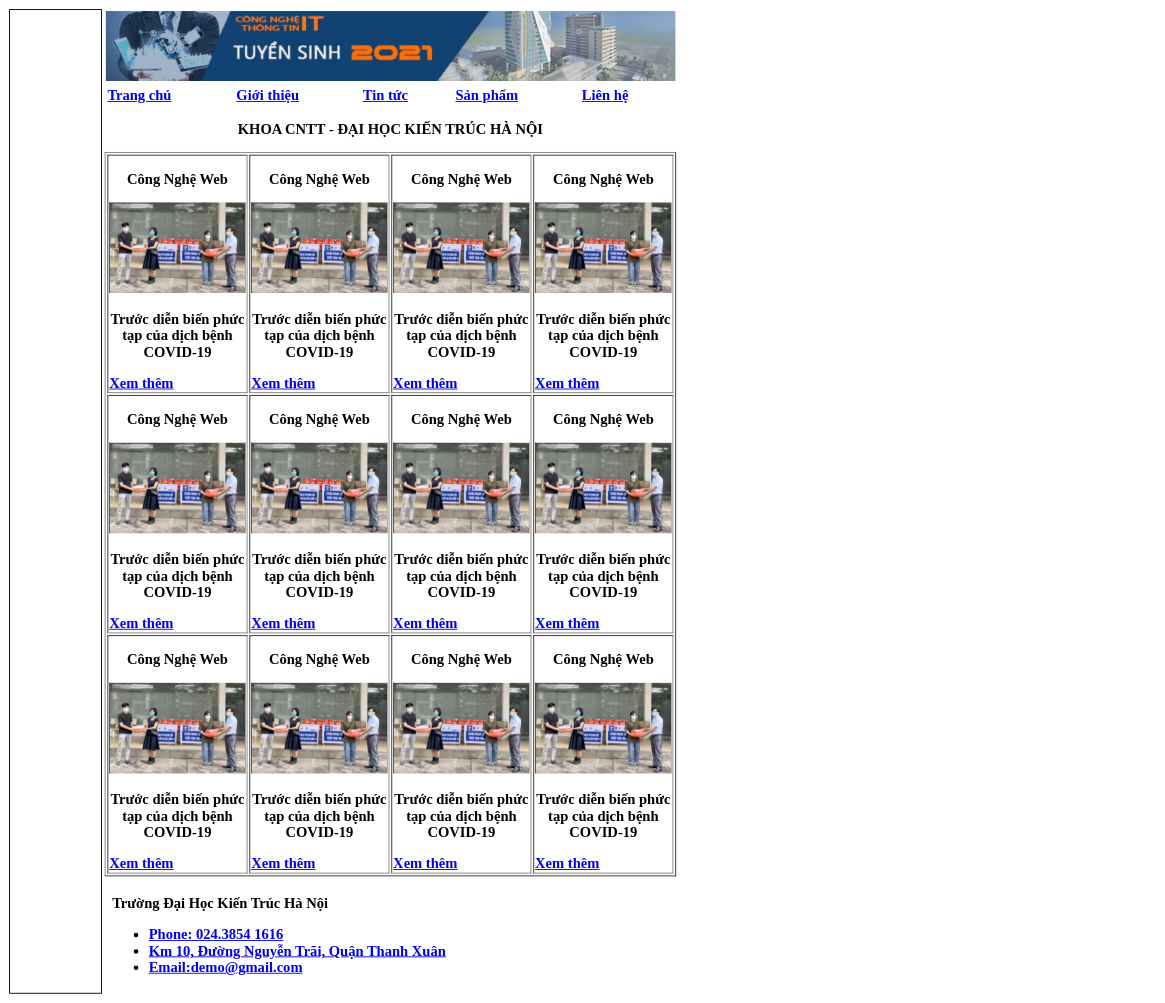
Repository: longtn213/Frond_end_HTML-CSS
Page: Front-End/Demohtml/baitapbuoi2.html
These files come from the project's save history. The page is drawn as it stood at one moment and after the next save; the edit follows.
The browser window is 1280 px wide. The pictures show the whole page, at 91% of full size.

Above is the page before, as saved 2021-09-09 14:55:21.

After the next save:
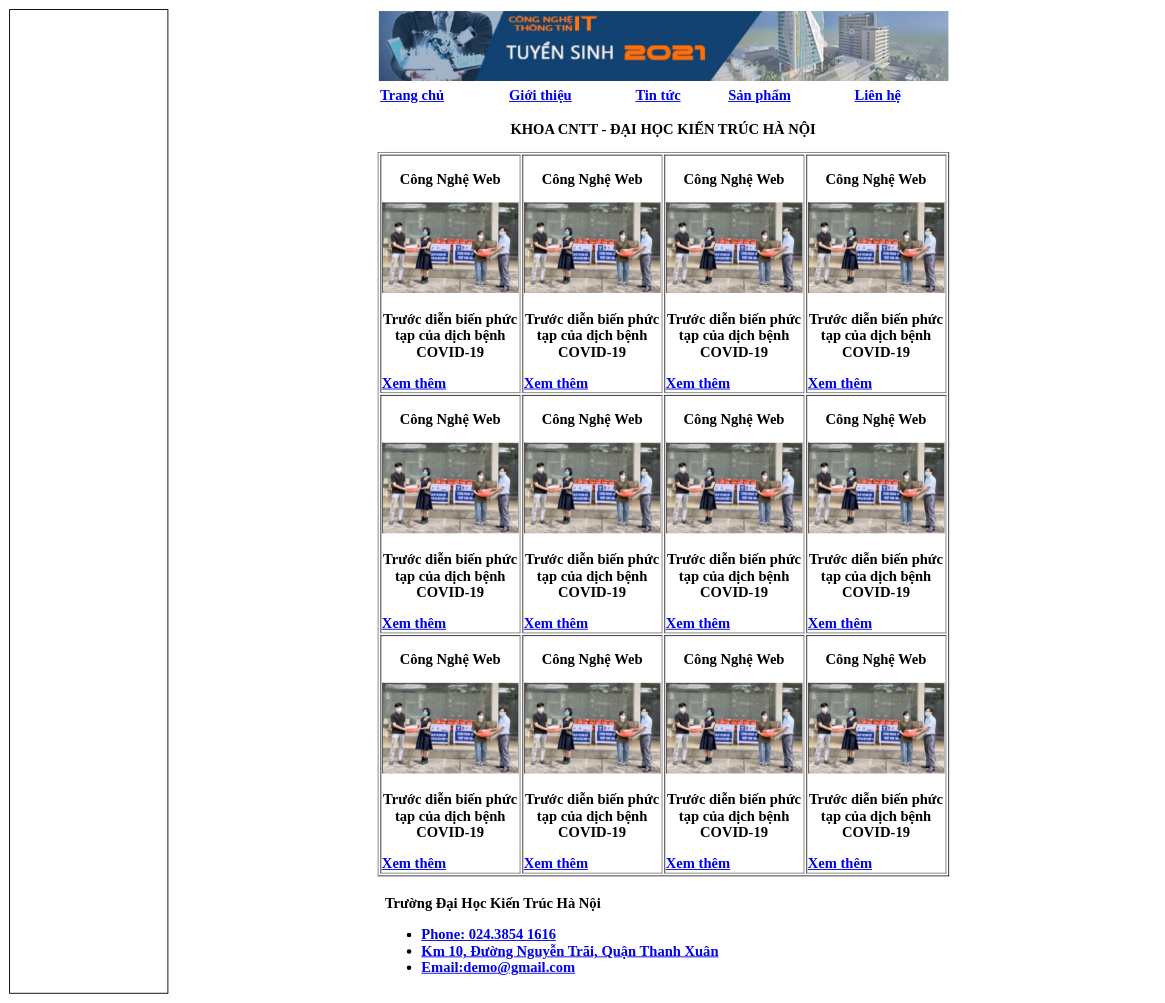
Saved 51 s later.
--- a/Front-End/Demohtml/baitapbuoi2.html
+++ b/Front-End/Demohtml/baitapbuoi2.html
@@ -13,7 +13,7 @@
 </head>
 
 <body>
-	<table>
+	<table style="width: 100%;">
 		<tr style="border: 1px solid red ; padding:400px">
 			<th style="border: 1px solid #000; padding:50px;"></th>
 			<th>
